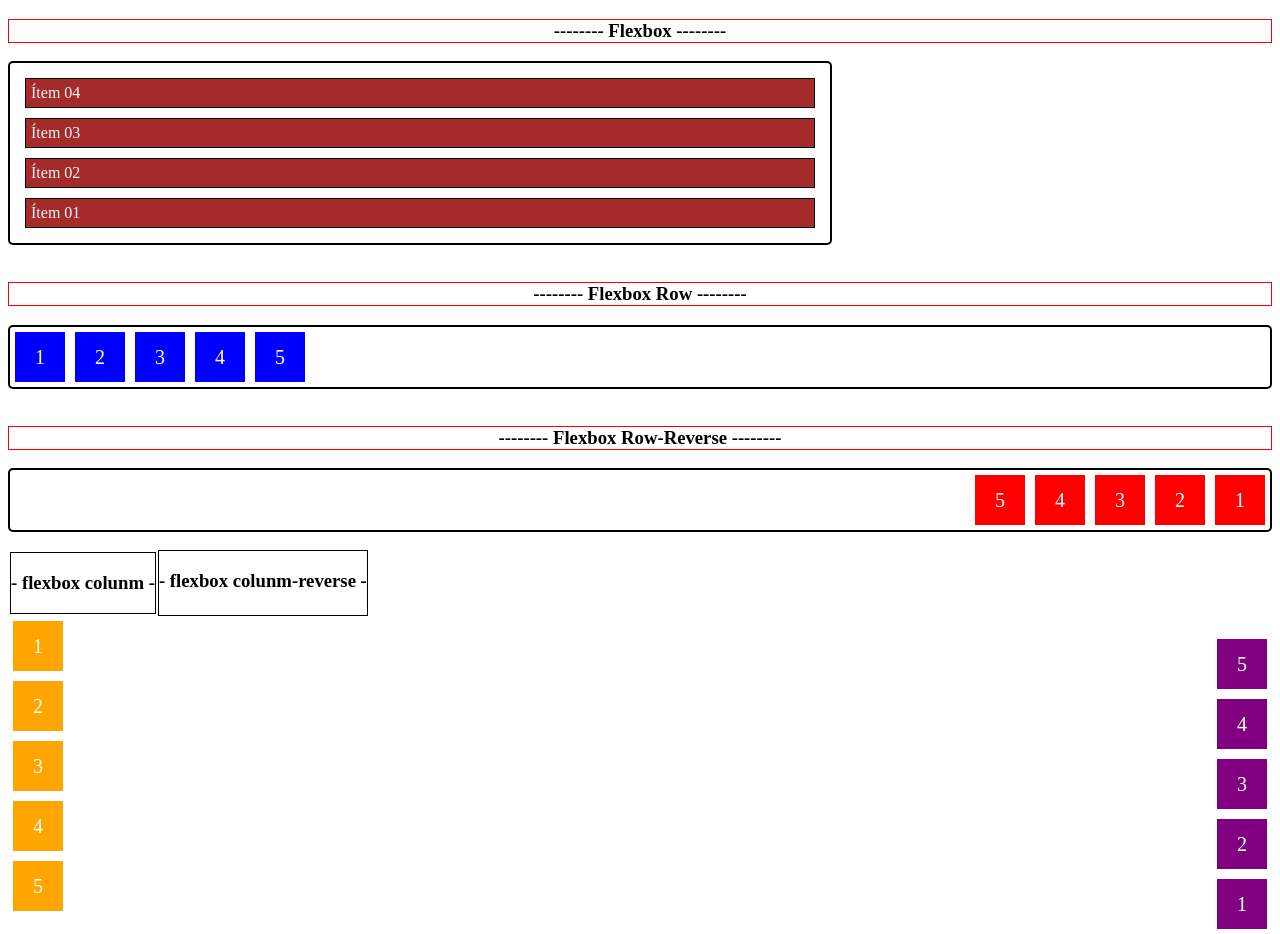
Repository: ozielms/flexbox
Page: outros/flexbox-master/index.html
The author's editor kept a copy of each file at every save. The page is drawn from the files as they stood at one save, then again after the next save.
The browser window is 1280 px wide. The pictures show the whole page.

Above is the page before, as saved 2022-04-26 00:15:59.

### outros/flexbox-master/index.html
<!DOCTYPE html>
<html lang="en">

<head>
    <meta charset="UTF-8">
    <meta http-equiv="X-UA-Compatible" content="IE=edge">
    <meta name="viewport" content="width=device-width, initial-scale=1.0">
    <title>Flexbox</title>

    <link rel="stylesheet" href="css/estilo.css">
</head>

<body>

    <h3 class="titulo">-------- flexbox --------</h3>
    <div class="pai">
        <div class="filho filho1">Ítem 01</div>
        <div class="filho filho2">Ítem 02</div>
        <div class="filho filho3">Ítem 03</div>
        <div class="filho filho4">Ítem 04</div>
    </div>

    <br>

    <h3 class="titulo">-------- flexbox row --------</h3>
    <ul class="flex-container row">
        <li class="flex-item">1</li>
        <li class="flex-item">2</li>
        <li class="flex-item">3</li>
        <li class="flex-item">4</li>
        <li class="flex-item">5</li>
    </ul>

    <br>

    <h3 class="titulo">-------- flexbox row-reverse --------</h3>
    <ul class="flex-container row-reverse">
        <li class="flex-item">1</li>
        <li class="flex-item">2</li>
        <li class="flex-item">3</li>
        <li class="flex-item">4</li>
        <li class="flex-item">5</li>
    </ul>

    <br>

    <div class="titulo-flex">
        <div class="titulo-colunm">
            <h3>- flexbox colunm -</h3>
        </div>
        <div class="titulo-colunm-reverse">
            <h3>- flexbox colunm-reverse -</h3>
        </div>
    </div>

    <ul class="flex-container colunm">
        <li class="flex-item">1</li>
        <li class="flex-item">2</li>
        <li class="flex-item">3</li>
        <li class="flex-item">4</li>
        <li class="flex-item">5</li>
    </ul>

    <br>

    <ul class="flex-container colunm-reverse">
        <li class="flex-item">1</li>
        <li class="flex-item">2</li>
        <li class="flex-item">3</li>
        <li class="flex-item">4</li>
        <li class="flex-item">5</li>
    </ul>


    <br>


</body>

</html>

### outros/flexbox-master/css/estilo.css
.titulo {
    text-align: center;
    text-transform: capitalize;
    border: 1px solid red;
}

.titulo-flex {
    display: flex;
}

.titulo-colunm {
    margin: 2px;
    border: 1px solid black;
}

.titulo-colunm-reverse {
    margin-right: auto;
    border: 1px solid black;
}


/* -------- FLEXBOX -------- */

.pai {
    max-width: 800px;
    padding: 10px;
    border: 2px solid black;
    border-radius: 5px;
    /* FLEXBOX */
    display: flex;
    flex-direction: column-reverse;
}

.filho {
    background-color: brown;
    color: aliceblue;
    padding: 5px;
    border: 1px solid black;
    margin: 5px;
}


/* -------- FLEXBOX - FLEX CONTAINER -------- */

.flex-container {
    margin: 0;
    padding: 0;
    display: flex;
    list-style: none;
}

.flex-item {
    background: blue;
    height: 50px;
    width: 50px;
    line-height: 50px;
    font-size: 20px;
    color: white;
    text-align: center;
    margin: 5px;
}


/* -------- FLEXBOX - FLEX ROW -------- */

.row {
    border: 2px solid black;
    border-radius: 5px;
    flex-direction: row;
}

.row-reverse {
    border: 2px solid black;
    border-radius: 5px;
    flex-direction: row-reverse;
}

.row-reverse li {
    background-color: red;
}


/* -------- FLEXBOX - FLEX COLUNM -------- */

.colunm {
    float: left;
    flex-direction: column;
}

.colunm li {
    background-color: orange;
}

.colunm-reverse {
    float: right;
    flex-direction: column-reverse;
}

.colunm-reverse li {
    background-color: purple;
}


/* -------- FLEXBOX - FLEX WRAP -------- */

After the next save:
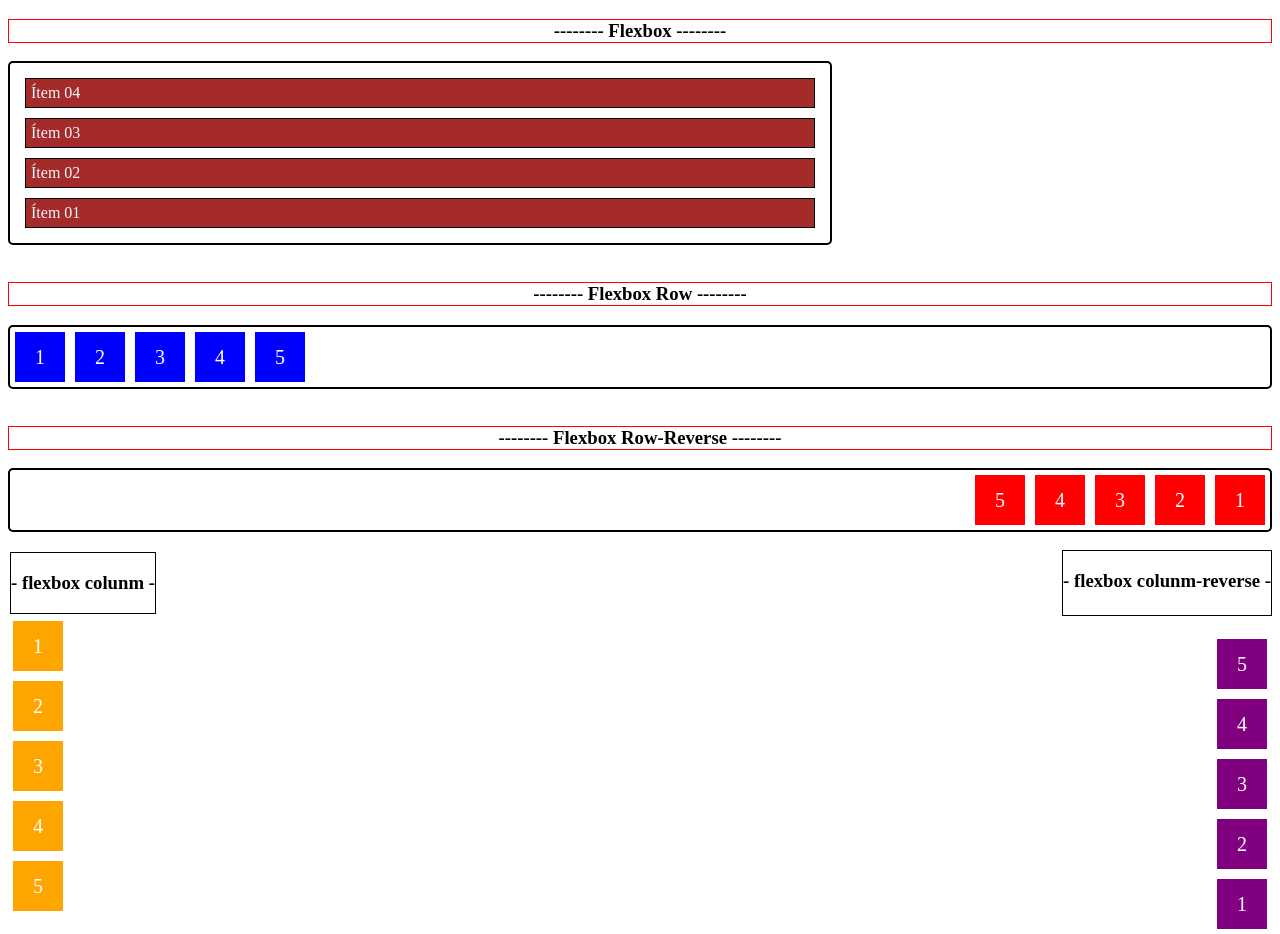
Saved 5 s later.
--- a/outros/flexbox-master/css/estilo.css
+++ b/outros/flexbox-master/css/estilo.css
@@ -14,7 +14,7 @@
 }
 
 .titulo-colunm-reverse {
-    margin-right: auto;
+    margin-left: auto;
     border: 1px solid black;
 }
 
